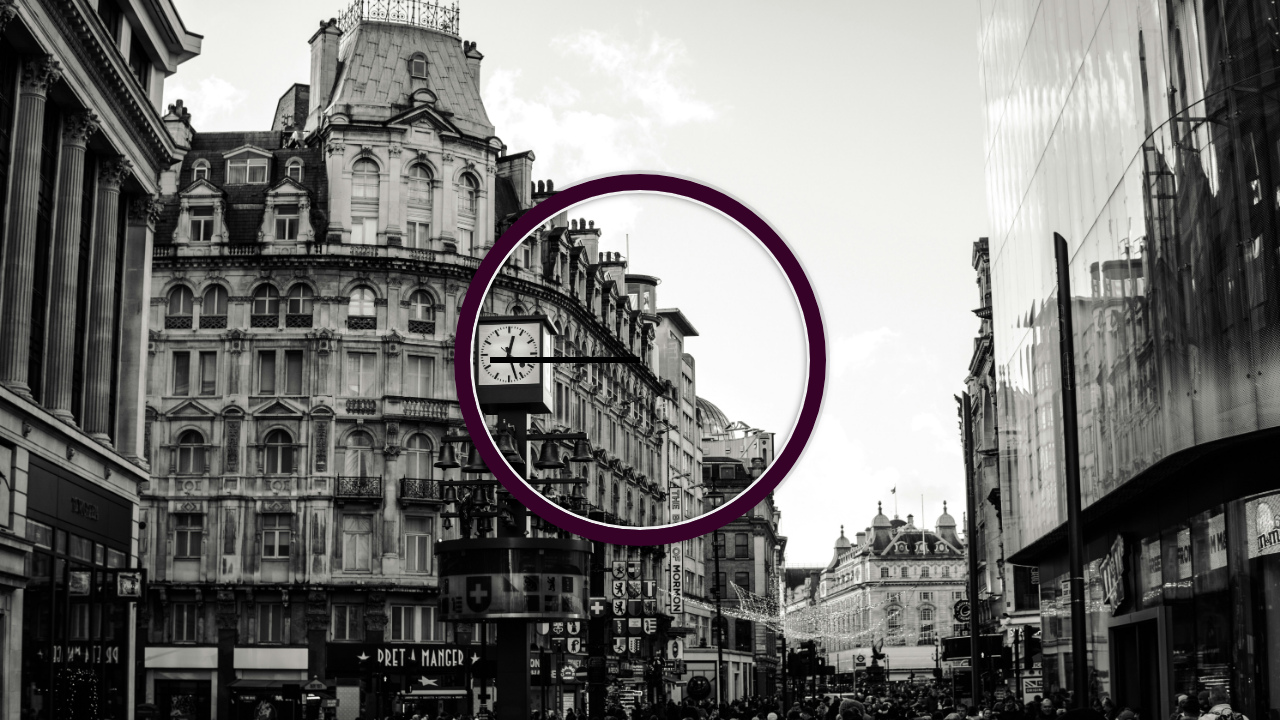
Repository: Freezler/javascript-css-clock
Page: index.html
The author's editor kept a copy of each file at every save. The page is drawn from the files as they stood at one save, then again after the next save.
The browser window is 1280 px wide. The pictures show the whole page.

Above is the page before, as saved 2024-08-24 15:45:17.

### index.html
<!DOCTYPE html>
<html lang="en">

<head>
    <meta charset="UTF-8">
    <title>JS + CSS Clock</title>
    <link rel="icon" href="https://fav.farm/🔥" />
    <link rel="stylesheet" href="style.css">
</head>

<body>
    <div class="clock">
        <div class="clock-face">
            <div class="hand hour-hand"></div>
            <div class="hand min-hand"></div>
            <div class="hand second-hand"></div>
        </div>
    </div>
    <script src="/main.js"></script>
</body>

</html>

### style.css
html {
    background: url(../javascriptCss-clock/igor.jpg) no-repeat center center fixed;
    background-repeat: no-repeat;
    background-attachment: fixed;
    background-position: center center;
    background-size: cover;
    font-family: 'system-ui', sans-serif;
    text-align: center;
    font-size: 10px;
}

body {
    margin: 0;
    font-size: 2rem;
    display: flex;
    flex: 1;
    min-height: 100vh;
    align-items: center;
}

.clock {
    width: 30rem;
    height: 30rem;
    border: 16px solid rgb(54, 2, 40);
    border-radius: 50%;
    margin: 50px auto;
    position: relative;
    padding: 2rem;
    box-shadow:
        0 0 0 4px rgba(0, 0, 0, 0.1),
        inset 0 0 0 3px #EFEFEF,
        inset 0 0 10px black,
        0 0 10px rgba(0, 0, 0, 0.2);
}

.clock-face {
    position: relative;
    width: 100%;
    height: 100%;
    transform: translateY(-3px);
    /* account for the height of the clock hands */

}

.hand {
    width: 50%;
    height: 6px;
    background: black;
    position: absolute;
    top: 50%;
}

Loaded but not shown: main.js (no stored copy; drawn as an empty file)

After the next save:
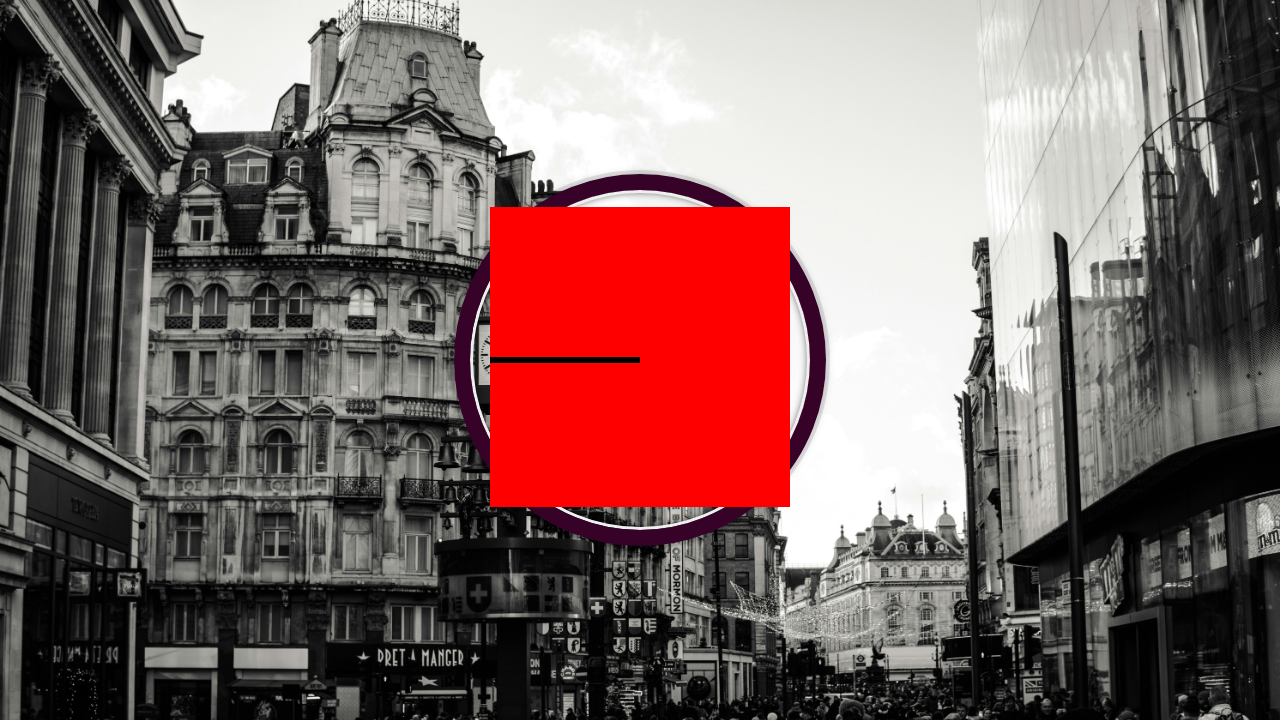
Saved 103 s later.
--- a/style.css
+++ b/style.css
@@ -39,6 +39,7 @@ body {
     height: 100%;
     transform: translateY(-3px);
     /* account for the height of the clock hands */
+    background: red;
 
 }
 
